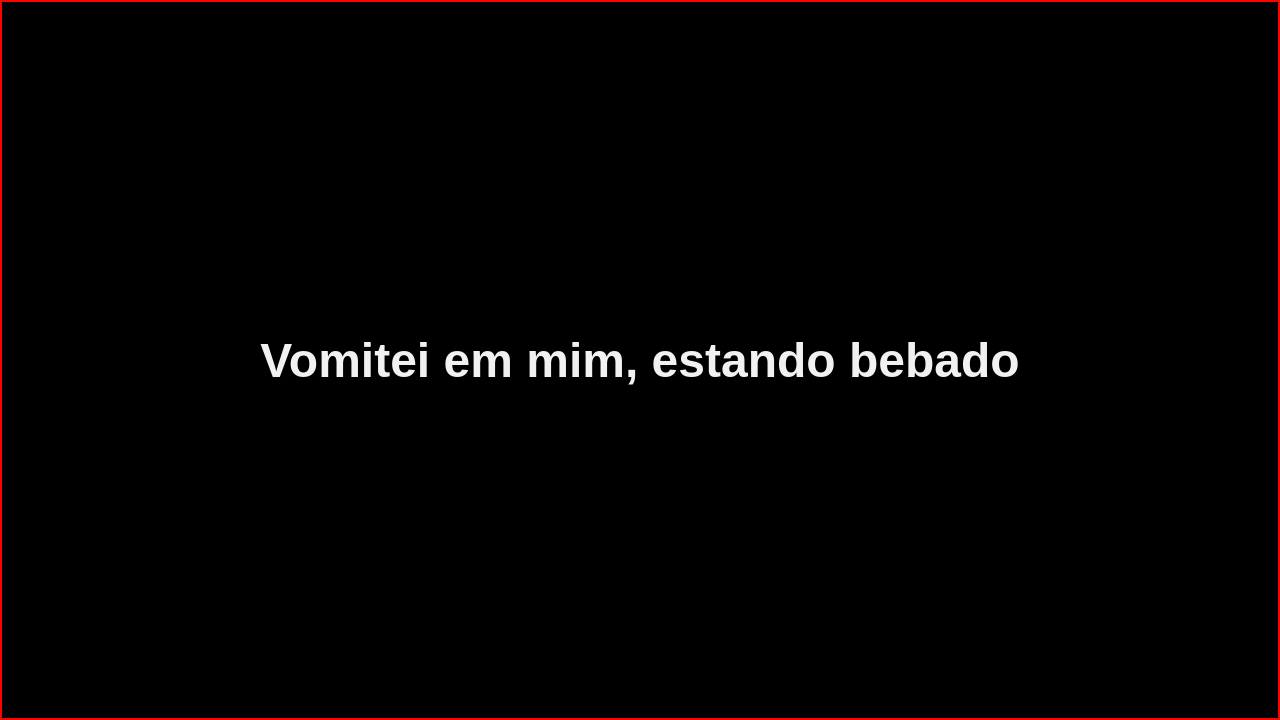
Repository: odiloalmeida/inever
Page: index.html
The author's editor kept a copy of each file at every save. The page is drawn from the files as they stood at one save, then again after the next save.
The browser window is 1280 px wide. The pictures show the whole page.
After loading, the first visible `#myButton` was clicked once.

Above is the page before, as saved 2023-01-31 21:54:25.

### index.html
<!DOCTYPE html>
<html lang="en">
<head>
    <meta charset="UTF-8">
    <meta http-equiv="X-UA-Compatible" content="IE=edge">
    <meta name="viewport" content="width=device-width, initial-scale=1.0">
    <link rel="icon" type="image/svg+xml" href="https://cdn-icons-png.flaticon.com/512/5181/5181956.png" />
    <link rel="stylesheet" href="./style.css">
    <title>18+ I Never</title>

</head>

<body>
    <button id="myButton" onclick="changeButtonName()">
        <span>EU NUNCA</span>
        <br>
        <span3>&#128293</span3>
        <span2>+18</span2>
        <span3>&#128293</span3>
    </button>
</body>

<script>

    function changeButtonName() {
        var button = document.getElementById("myButton");

        var names = ["Beijei alguém dessa turma",
        "Senti atração por alguém dessa turma",
        "Tomei banho pelado na praia/piscina",
        "Fiquei com um professor",
        "Fiquei com um amigo e me arrependi",
        "Fiquei com um amigo e não disse pra ninguém",
        "Menti sobre ter ficado com uma pessoa",
        "Bebi tanto que beijei alguém que não queria",
        "Bebi tanto que esqueci tudo no outro dia",
        "Vi um nudes de alguém dessa turma",
        "Desejei o namorado(a) de um amigo",
        "Fiquei com alguém por interesse",
        "Acelerei o ato sexual por que o oral estava ruim",
        "Bebi pra ter coragem de chegar numa pessoa",
        "Transei na escola ou faculdade",
        "Transei no chão",
        "Fiz sexo oral enquanto a pessoa trabalhava",
        "Fiz sexo oral enquanto a pessoa dirigia",
        "Usei fantasias sexuais",
        "Usei plug anal",
        "Usei um vibrador",
        "Fiquei com alguém depois neguei pra todo mundo",
        "Disse pra uma pessoa que a amava sem amar",
        "Transei no carro",
        "Broxei no meio do ato sexual",
        "Desisti de ficar com uma pessoa por que ela estava fedendo",
        "Fui chupar e estava fedendo muito e desisti",
        "Me masturbei depois do ato sexual por que não conseguir “chegar lá” com o parceiro",
        "Fiquei com dois amigos ao mesmo tempo sem eles saberem",
        "Parei o ato sexual para ir fazer xixi",
        "Fiz a chuca",
        "Transei na rua",
        "Paguei por sexo",
        "Fiz sexo por dinheiro",
        "Dei um beijo triplo",
        "Voltaria com um ex",
        "Fiquei com uma pessoa em um lugar e logo em seguida fui para outro lugar ficar com outra",
        "Tirei fotos pelado(a)",
        "Fiquei com alguém para fazer ciúme a outro",
        "Sofri por amor",
        "Sofri por ficante",
        "Espiei alguém tomando banho",
        "Tomei banho com alguém",
        "Enfiei o dedo no orifício de alguém (kkkk)",
        "Eu nunca fiquei com um amigo do meu amigo eme arrependi",
        "Eu nunca tive uma DST",
        "Eu já desejei a mãe de um amigo",
        "Eu já desejei o pai de um amigo",
        "Já beixei alguém do mesmo sexo",
        "Já deixei chuparem minha porta dos fundos",
        "Já questionei a minha sexualidade",
        "Já fiz goldenshower",
        "Já desisti do sexo quando vi o tamanho do instrumento",
        "Fumei um",
        "Cheirei cocaina",
        "Usei LSD",
        "Passei comida no parceiro",
        "Troquei o nome da pessoa na hora H",
        "Fiquei com uma pensando em outra",
        "Fatei aula pra ficar com alguém",
        "Menti nesse jogo",
        "Disse que estava doente para nao transar",
        "Fiquei com professor",
        "Fiquei com alguém por gratidão",
        "Tive tara em mãos",
        "Tive tara em pés",
        "Tive tara em ruivas",
        "Fui amordaçado",
        "Fui algemado",
        "Fui chicoteado",
        "Bati de mais em alguém na hora H e fiquei com medo",
        "Vomitei na hora H",
        "Fiz sexo na praia",
        "Fiz sexo na moto",
        "Fiz sexo na bicicleta",
        "Chupei outro por tabela",
        "Fiz oral em um e depois beijei a boca de outro",
        "Transei com 2 ao mesmo tempo",
        "Transei com mais de 3 ao mesmo tempo",
        "Ja fiquei com duas pessoas do mesmo sexo, ao mesmo tempo",
        "Cherei loló",
        "Fumei cigarro",
        "Tive como alcoólico",
        "Tive amnésia alcoólica",
        "Dormi bebado no chão",
        "Mijei em mim, estando bebado",
        "Vomitei em mim, estando bebado",
        "Beijei alguém que eu odiava",
        "Fiquei com um Ex antigo e me arrependi (Foi horrível)",
        "Tive flashback com mais de um EX",
        "Tive um PA",
        "Fiquei com um(a) PM",
        "Subi numa mesa bebado",
        "Fiquei com alguém da boca podre",
        "Já caguei o pau (literalmente)",
        "Já cai de bicicleta",
        "Quebrei um osso (Beba uma dose por osso)",
        "Já talariquei mulher de amigo (Uma dose por mulher)",
        "Já talariquei marido de amiga (Uma dose por homem)",
        "Já beijei um mendigo",
        "Já fiz dentro do mar",
        "Ja fiz dentro do tanque",
        "Pedi alguém em casamento",
        "Já me juntei com conjugue",
        "Já fui CORNO(A)",
        "Atirei com arma de fogo",
        "Dê uma pausa de 15min, para não embriagar",
        "Durei menos de 2 min no sexo",
        "Fiz gosar em menos de 2min",
        "Pensei em me prostituir",
        "Tomei remédio TARJA PRETA",
        "Quando de maior, senti atração por 15-",
        "Dormi sujo",
        "Passei o dia sem tomar banho",
        "Passei dois dias sem tomar banho",
        "Passei mais de 36h acordado",
        "Levei pão de manhã para casa, após o rolê",
        "Bebi mais de 2L em uma noite",
        "Desejei minha cunhada",
        "Transei com alguém na escada",
        "Já botei atrás  depois na frente",
        "Cai da arvore",
        "Me feri gravemente",
        "Imaginei alguém dessa turma pelado"



        ];

        var randomName = names[Math.floor(Math.random() * names.length)];
        button.innerHTML = randomName;
    }

</script>

</html>

### style.css
* {
    padding: 0;
    margin: 0;
    box-sizing: border-box;
}

body {
    width: 100vw;
    height: 100vh;
    background-color: #000;
    display: flex;
    flex-direction: column;
    align-items: center;
    justify-content: center;
}

button {
    background-color: transparent;
    height: 100vh;
    width: 100vw;
    border: red 2px solid;
    font-weight: bold;
    font-size: 3rem;
    padding: 5px;
    color: #f1f1f1;
}

button span {
    background-image: linear-gradient(to bottom,#800000,#8B0000, red, yellow);
    background-clip: text;
    -webkit-background-clip: text;
    -webkit-text-fill-color: transparent;
    color: black;
    font-size: 3.3rem;
    font-weight: 900;
}

button span2 {
    color: #fff;
    font-size: 5rem;
}

After the next save:
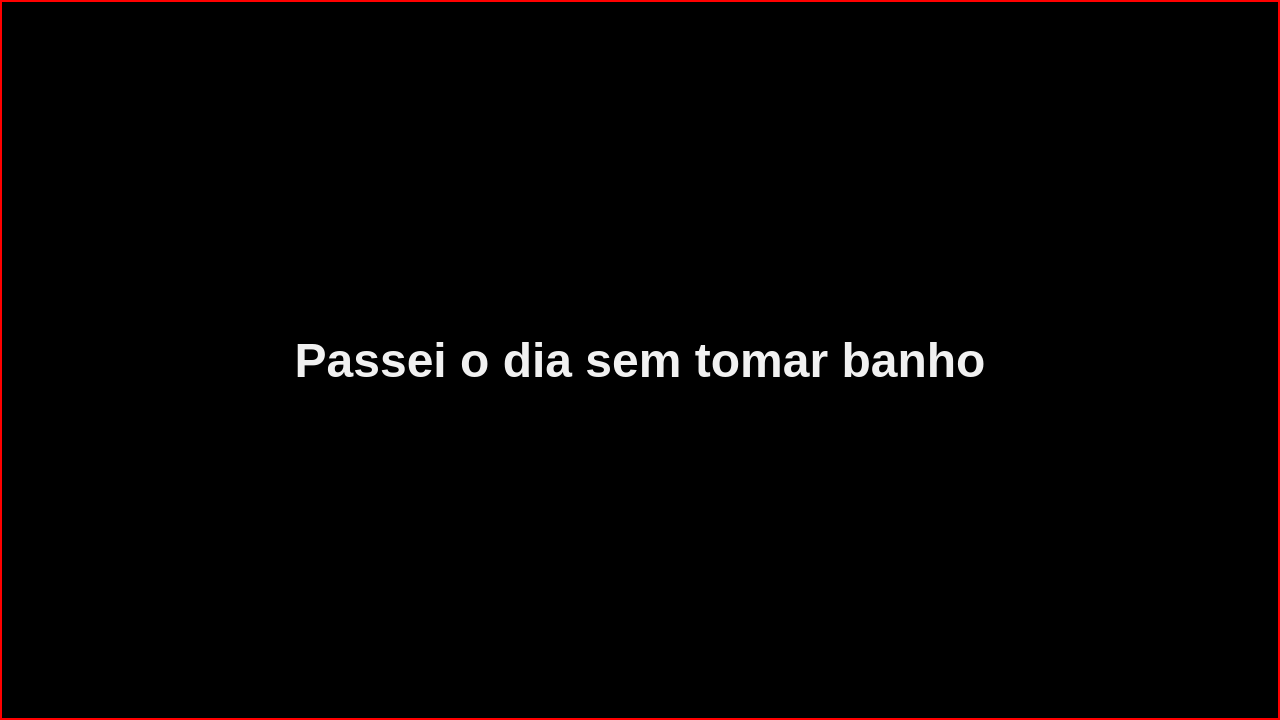
Saved 11 min 28 s later.
--- a/index.html
+++ b/index.html
@@ -148,7 +148,45 @@
         "Já botei atrás  depois na frente",
         "Cai da arvore",
         "Me feri gravemente",
-        "Imaginei alguém dessa turma pelado"
+        "Imaginei alguém dessa turma pelado",
+        "Usei camisinha com sabores",
+        "Limbei a bunda e olhei o papel higienico",
+        "Transei no cinema",
+        "Flertei com o garçom",
+        "Beijei um primo(a)",
+        "Transei com um primo(a)",
+        "Sonhei que estava pelado em público",
+        "Transei na chuva",
+        "Dormir de conchinha na chuva",
+        "Fiz punheta / siririca coletiva",
+        "Me masturbei pensando em alguém da roda",
+        "Vi nude de alguém da roda",
+        "Enviei nude errado",
+        "Peguei alguém no elevador",
+        "Falei que o sexo foi bom, quando na verdade foi uma merda",
+        "Gosei dentro com camisinha",
+        "Conversando com o penis do meu namorado",
+        "Fiz espanhola",
+        "Transei com alguém que participou desse jogo agora",
+        "Transei com um médico",
+        "Transei com um entregador",
+        "Transei com enfermeiro(a)",
+        "Transei com Advogado(a)",
+        "Transei com Fisioterapeuta",
+        "Transei com agente de saúde",
+        "Transei com personal trainer",
+        "Fiz sexo rapido para dormir logo",
+        "Transei numa contrução",
+        "Transei numa casa abandonada",
+        "Transei na rede",
+        "Transei na cadeira",
+        "Transei no sofá",
+        "Transei em local público",
+        "Tive sonhos eróticos com alguém dessa roda",
+        "Fui em um motel e não transei",
+        "Criei passarinho",
+        "Chupei alguém com algum amigo vendo",
+        "Fui voyeur"
 
 
 
